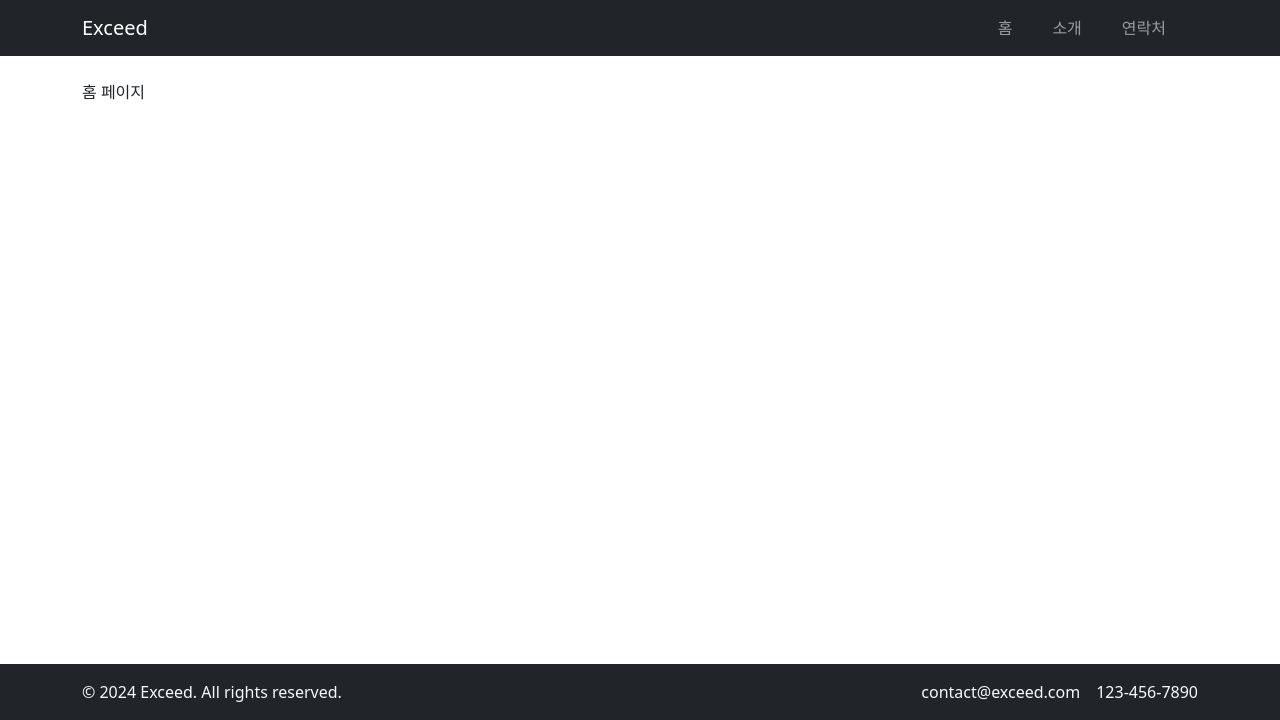
Repository: somej-123/exceed
Page: /
An editor plug-in stored every save of this project. The page is shown before and after the next save, followed by the edit.
The browser window is 1280 px wide. The pictures show the whole page.
The project was rebuilt for these pictures with package versions that can differ from the ones it lists, and the page was loaded fresh each time. Also part of the build but not shown: vite.config.ts.

Above is the page before, as saved 2025-03-23 18:40:12.

### src/App.tsx
import { BrowserRouter as Router, Routes, Route } from 'react-router-dom';
import Layout from './components/Layout';
import 'bootstrap/dist/css/bootstrap.min.css';

function App() {
  return (
    <Router>
      <Routes>
        <Route path="/" element={<Layout />}>
          <Route index element={<div>홈 페이지</div>} />
          <Route path="about" element={<div>소개 페이지</div>} />
          <Route path="contact" element={<div>연락처 페이지</div>} />
        </Route>
      </Routes>
    </Router>
  );
}

export default App;

### src/components/Layout.tsx
import { Container } from 'react-bootstrap';
import Header from './Header';
import Footer from './Footer';
import { Outlet } from 'react-router-dom';

const Layout = () => {
  return (
    <div className="d-flex flex-column min-vh-100">
      <Header />
      <Container className="flex-grow-1 py-4">
        <Outlet />
      </Container>
      <Footer />
    </div>
  );
};

export default Layout;

### src/components/Header.tsx
import { Navbar, Nav, Container } from 'react-bootstrap';
import { Link } from 'react-router-dom';

const Header = () => {
  return (
    <Navbar bg="dark" variant="dark" expand="lg">
      <Container>
        <Navbar.Brand as={Link} to="/">Exceed</Navbar.Brand>
        <Navbar.Toggle aria-controls="basic-navbar-nav" />
        <Navbar.Collapse id="basic-navbar-nav">
          <Nav className="ms-auto">
            <Nav.Link as={Link} className="me-4" to="/">홈</Nav.Link>
            <Nav.Link as={Link} className="me-4" to="/about">소개</Nav.Link>
            <Nav.Link as={Link} className="me-4" to="/contact">연락처</Nav.Link>
          </Nav>
        </Navbar.Collapse>
      </Container>
    </Navbar>
  );
};

export default Header;

### src/components/Footer.tsx
import { Container, Row, Col } from 'react-bootstrap';

const Footer = () => {
  return (
    <footer className="bg-dark text-light py-3 mt-auto">
      <Container>
        <Row className="align-items-center">
          <Col md={6} className="text-center text-md-start">
            <p className="mb-0">&copy; 2024 Exceed. All rights reserved.</p>
          </Col>
          <Col md={6} className="text-center text-md-end">
            <a href="mailto:contact@exceed.com" className="text-light text-decoration-none me-3">
              contact@exceed.com
            </a>
            <a href="tel:123-456-7890" className="text-light text-decoration-none">
              123-456-7890
            </a>
          </Col>
        </Row>
      </Container>
    </footer>
  );
};

export default Footer;

Loaded but not shown: index.html (common file); src/main.tsx (common file)

After the next save:
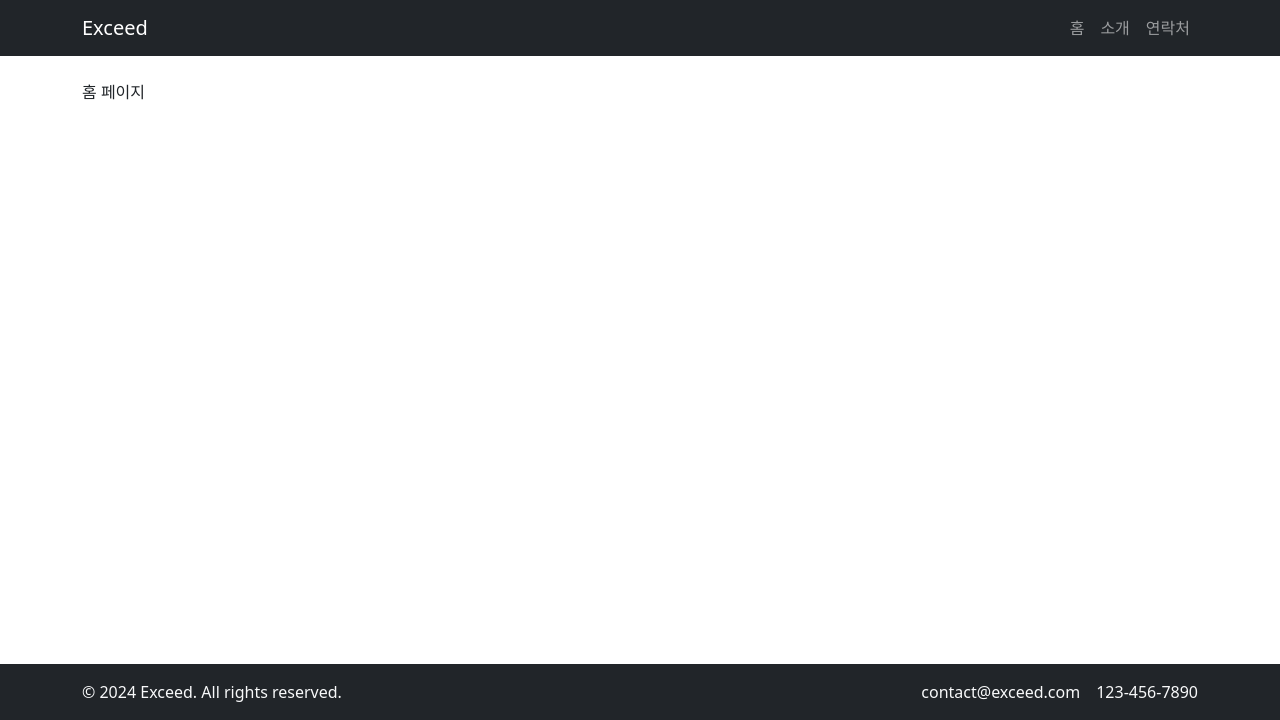
Saved 34 s later.
--- a/src/components/Header.tsx
+++ b/src/components/Header.tsx
@@ -9,9 +9,9 @@
         <Navbar.Toggle aria-controls="basic-navbar-nav" />
         <Navbar.Collapse id="basic-navbar-nav">
           <Nav className="ms-auto">
-            <Nav.Link as={Link} className="me-4" to="/">홈</Nav.Link>
-            <Nav.Link as={Link} className="me-4" to="/about">소개</Nav.Link>
-            <Nav.Link as={Link} className="me-4" to="/contact">연락처</Nav.Link>
+            <Nav.Link as={Link} className="me-auto" to="/">홈</Nav.Link>
+            <Nav.Link as={Link} className="me-auto" to="/about">소개</Nav.Link>
+            <Nav.Link as={Link} className="me-auto" to="/contact">연락처</Nav.Link>
           </Nav>
         </Navbar.Collapse>
       </Container>

After the save that followed:
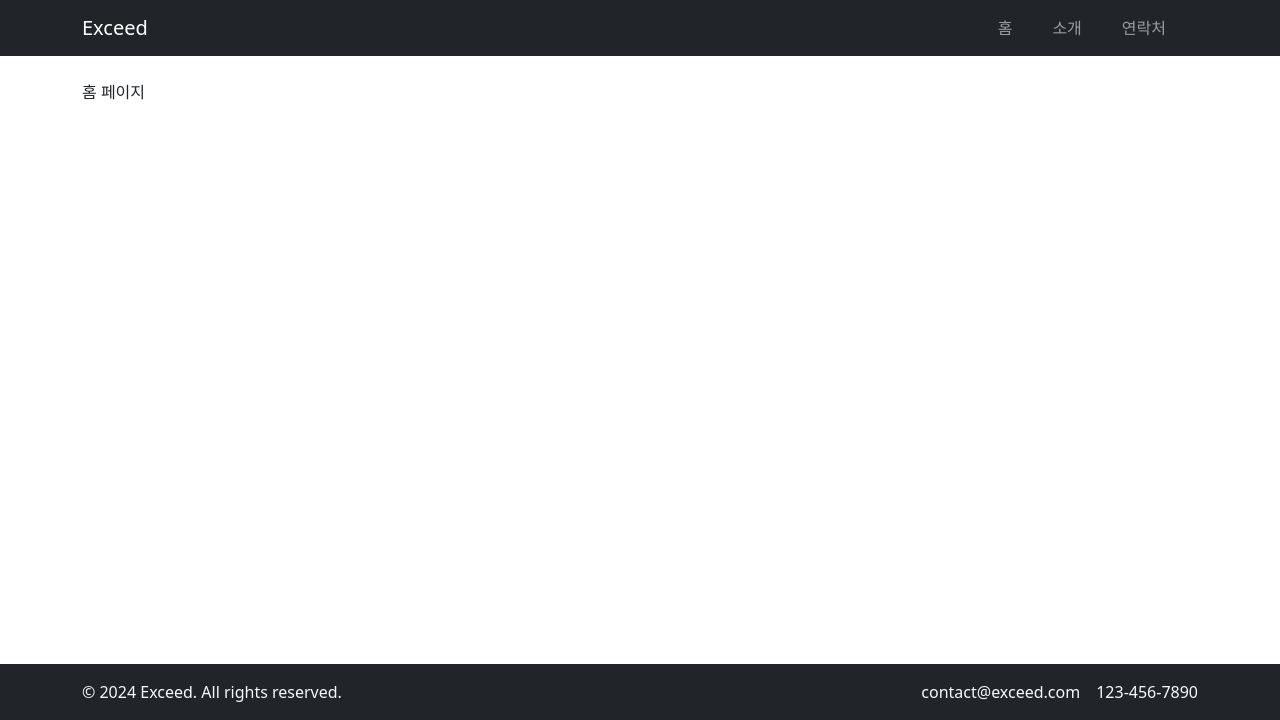
Saved 8 s later.
--- a/src/components/Header.tsx
+++ b/src/components/Header.tsx
@@ -9,9 +9,9 @@
         <Navbar.Toggle aria-controls="basic-navbar-nav" />
         <Navbar.Collapse id="basic-navbar-nav">
           <Nav className="ms-auto">
-            <Nav.Link as={Link} className="me-auto" to="/">홈</Nav.Link>
-            <Nav.Link as={Link} className="me-auto" to="/about">소개</Nav.Link>
-            <Nav.Link as={Link} className="me-auto" to="/contact">연락처</Nav.Link>
+            <Nav.Link as={Link} className="me-4" to="/">홈</Nav.Link>
+            <Nav.Link as={Link} className="me-4" to="/about">소개</Nav.Link>
+            <Nav.Link as={Link} className="me-4" to="/contact">연락처</Nav.Link>
           </Nav>
         </Navbar.Collapse>
       </Container>
